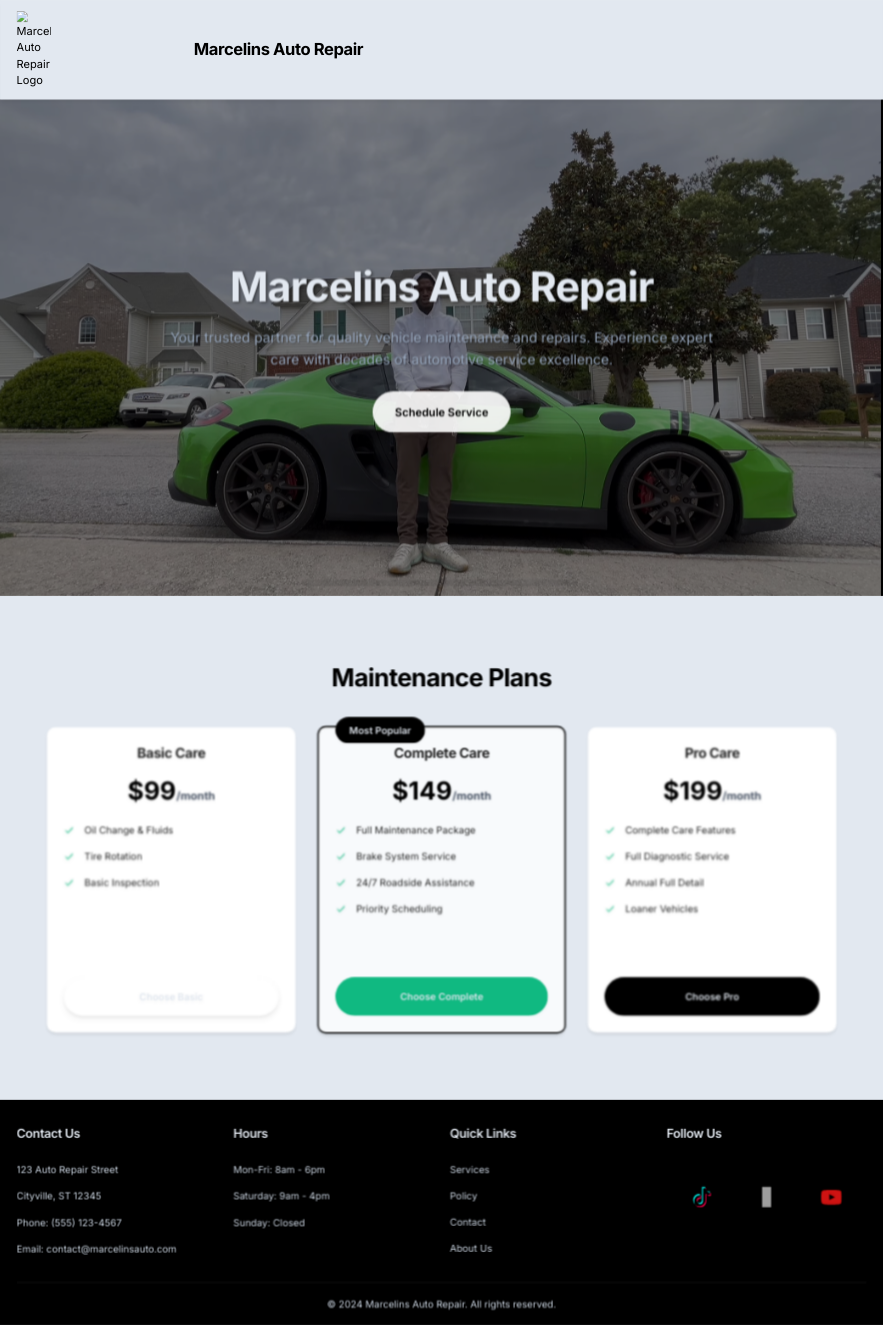
Repository: ilovegames507/twebsite-2
Page: frontend/public/index.html
These files come from the project's save history. The page is drawn as it stood at one moment and after the next save; the edit follows.
The browser window is 1280 px wide. The pictures show the whole page, at 69% of full size.
The pointer rests on the first visible `.pricing__cta`.
Pictures or frames that could not be fetched are drawn as grey boxes.

Above is the page before, as saved 2025-03-17 22:06:26.

After the next save:
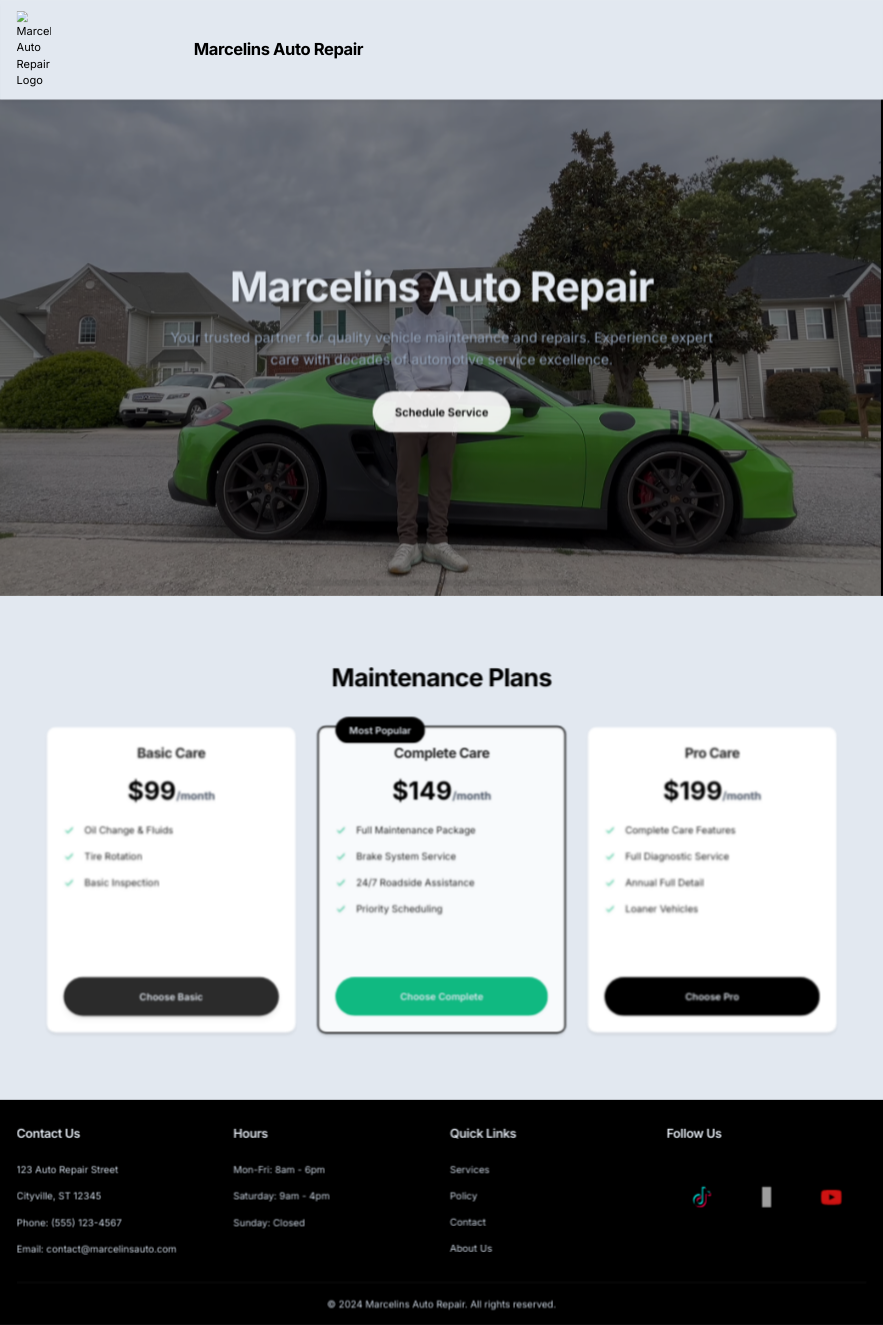
Saved 6 s later.
--- a/frontend/public/styles/components/pricing.css
+++ b/frontend/public/styles/components/pricing.css
@@ -110,7 +110,7 @@
   }
 
   .pricing__cta:hover {
-    background-color: var(--clr-white);
+    background-color: var(--clr-gray);
   }
 
   .pricing__cta--featured {
